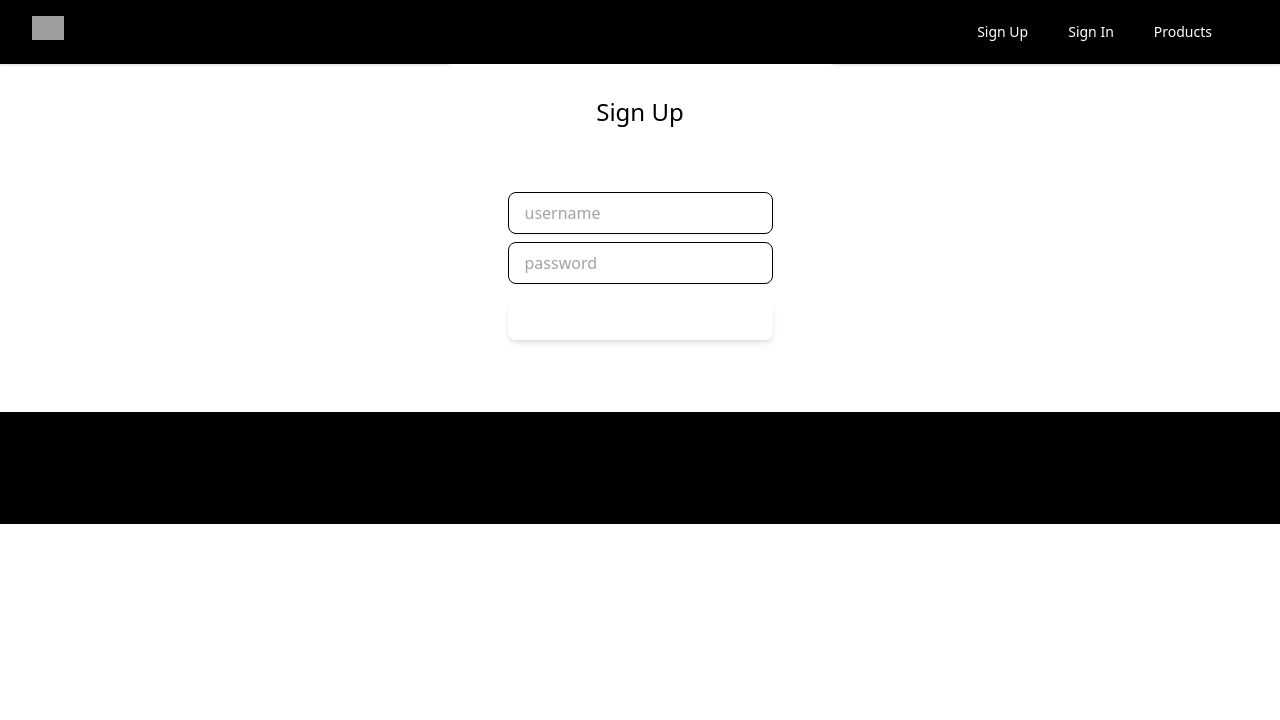
Repository: jesschoe/devup
Page: /signup (app in client/)
An editor plug-in stored every save of this project. The page is shown before and after a run of saves, followed by the edit.
The browser window is 1280 px wide. The pictures show the whole page.
Pictures or frames that could not be fetched are drawn as grey boxes. The project was rebuilt for these pictures with package versions that can differ from the ones it lists, and the page was loaded fresh each time. Also part of the build but not shown: client/craco.config.js, client/src/screens/Home/Home.jsx, client/src/services/products.js, client/src/screens/ProductDetail/ProductDetail.jsx, client/src/screens/ProductEdit/ProductEdit.jsx, client/src/screens/ProductCreate/ProductCreate.jsx, client/src/screens/SignIn/SignIn.jsx, client/src/components/Product/Product.jsx and 2 more.

Above is the page before, as saved 2021-10-10 13:48:02.

After the next 7 saves:
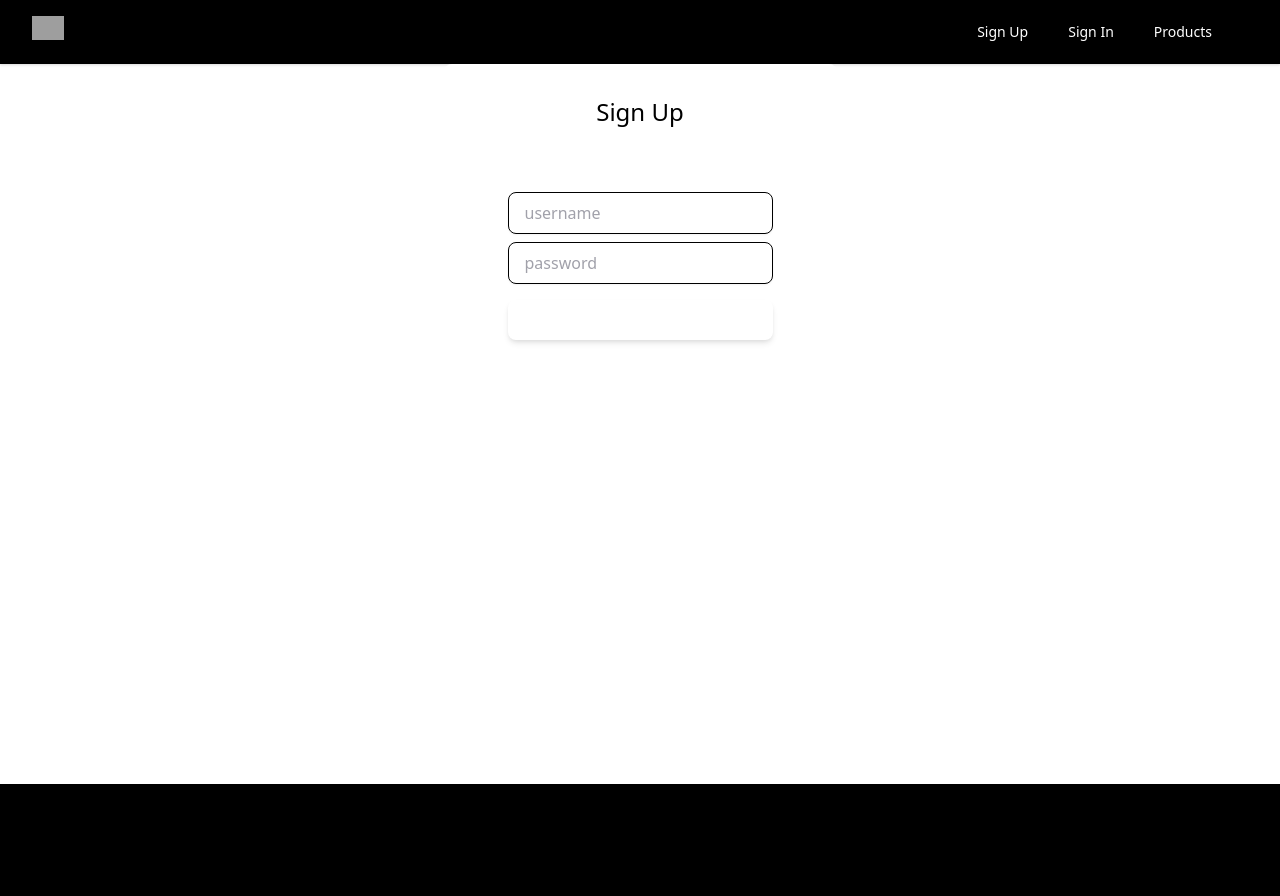
The 7 saves are shown as one change because 3 did not build or start and some came seconds apart.
The last was saved 37 s later.
--- a/client/src/screens/SignUp/SignUp.jsx
+++ b/client/src/screens/SignUp/SignUp.jsx
@@ -57,7 +57,7 @@ const SignUp = (props) => {
 
   return (
       <Layout>
-          <div></div>
+          <div className="min-h-screen min-w-max">
           <div className="flex justify-center">
         <div class="flex flex-col justify-center items-center max-w-md px-4 py-8 bg-white rounded-lg  sm:px-6 md:px-8 lg:px-10">
           <div class="self-center mb-2 text-xl font-light text-black sm:text-2xl dark:text-white">
@@ -101,6 +101,7 @@ const SignUp = (props) => {
           </div>
         </div>
       </div>
+      </div>
       </Layout>
   )
 
